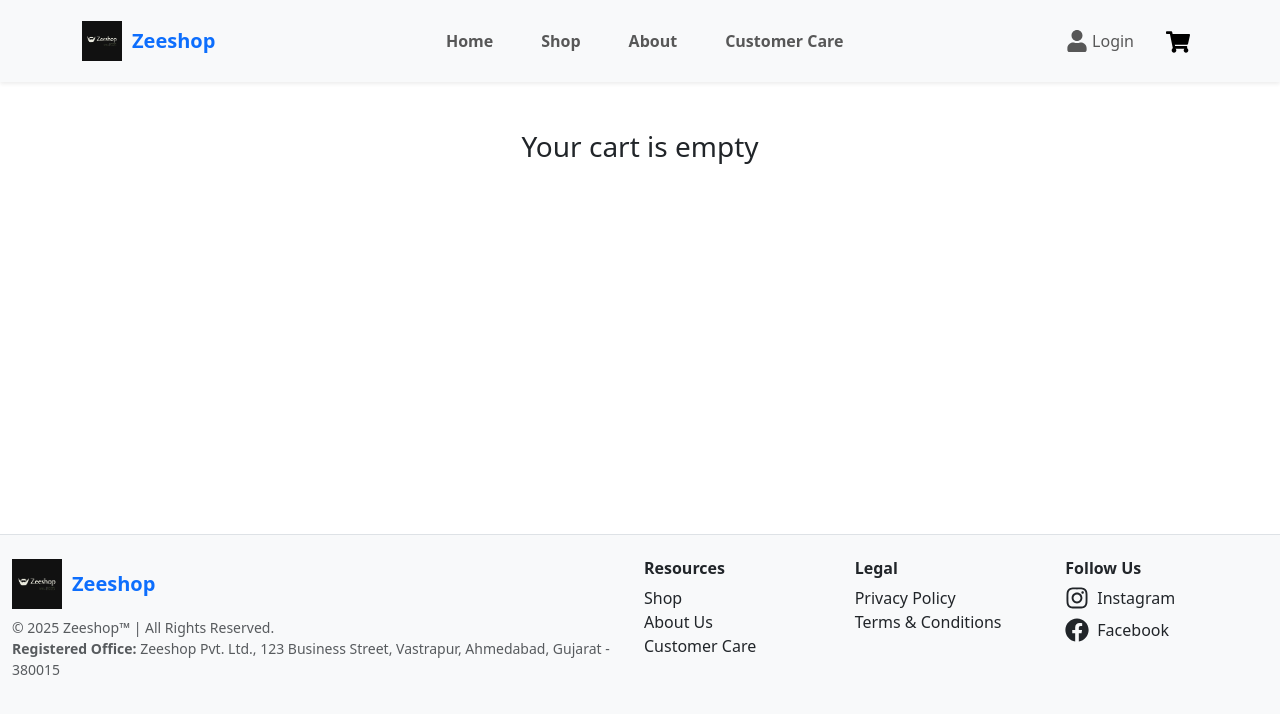
Repository: zeel2306/React-Projects
Page: /cart (app in shop/)
These files come from the project's save history. The page is drawn as it stood at one moment and after the next save; the edit follows.
The browser window is 1280 px wide. The pictures show the whole page.
The project was rebuilt for these pictures with package versions that can differ from the ones it lists, and the page was loaded fresh each time. Also part of the build but not shown: shop/src/index.css, shop/src/Components/Login.jsx, shop/src/Components/Slider.jsx, shop/src/Components/Product.jsx, shop/src/Components/About.jsx, shop/src/Components/Customercare.jsx, shop/src/Components/ProductDetail.jsx, shop/src/Components/PrivacyPolicy.jsx and 10 more.

Above is the page before, as saved 2025-08-07 12:51:00.

### shop/src/App.js
// src/App.js
import Footer from './Components/Footer';
import Login from './Components/Login';
import Navbar from './Components/Navbar';
import Slider from './Components/Slider';
import Product from './Components/Product';
import About from './Components/About';
import CustomerCare from './Components/Customercare';
import ProductDetails from './Components/ProductDetail';
import PrivacyPolicy from './Components/PrivacyPolicy';
import TermsAndConditions from './Components/TermsAndConditions';
import StatsSection from "./Components/StatsSection";
import Testimonials from "./Components/Testimonials";
import Cart from './Components/Cart';
import WelcomePopup from "./Components/WelcomePopup";
import Features from './Components/Features';
import Billing from "./Components/Billing";
import AdminDashboard from "./Components/AdminDashboard";
import AdminLogin from "./Components/AdminLogin";
import { AuthProvider } from './Components/AuthContext';
import { CartProvider } from './Components/CartContext';
import { AdminAuthProvider } from './Components/AdminAuthContext';
import { BrowserRouter as Router, Routes, Route } from "react-router-dom";
import BrandSlider from './Components/BrandSlider';

function App() {
  return (
    <AdminAuthProvider>
      <AuthProvider>
        <CartProvider>
          <Router>
            <div className="App d-flex flex-column min-vh-100">
              <Navbar />
              <main className="flex-grow-1 mb-4">
                <Routes>
                  <Route
                    path="/"
                    element={
                      <>
                        <WelcomePopup />
                        <Slider />
                        <StatsSection />
                        <Product />
                        <Features />
                        <Testimonials />
                        <BrandSlider />
                      </>
                    }
                  />
                  <Route path="/shop" element={<Product />} />
                  <Route path="/login" element={<Login />} />
                  <Route path="/cart" element={<Cart />} />
                  <Route path="/about" element={<About />} />
                  <Route path="/customer-care" element={<CustomerCare />} />
                  <Route path="/privacy" element={<PrivacyPolicy />} />
                  <Route path="/product/:id" element={<ProductDetails />} />
                  <Route path="/billing" element={<Billing />} />
                  <Route path="/terms-and-conditions" element={<TermsAndConditions />} />

                  {/* Admin Routes */}
                  <Route path="/admin-login" element={<AdminLogin />} />
                  <Route path="/admin" element={<AdminDashboard />} />
                </Routes>
              </main>
              <Footer />
            </div>
          </Router>
        </CartProvider>
      </AuthProvider>
    </AdminAuthProvider>
  );
}

export default App;

### shop/src/Components/Footer.jsx
import React from "react";
import { Container, Row, Col } from "react-bootstrap";
import { FaFacebook, FaInstagram } from "react-icons/fa";

export default function AppFooter() {
  return (
    <footer className="bg-light text-dark py-4 border-top">
      <Container fluid>
        <Row className="align-items-start gx-2">
          {/* Brand + Address (Wider Column) */}
          <Col md={6} className="mb-3">
            <div className="d-flex align-items-center mb-2">
              <img
                src="/zeeshop-logo.png"
                alt="Zeeshop Logo"
                style={{ height: "50px", width: "50px", marginRight: "10px" }}
              />
              <h5 className="fw-bold text-primary m-0">Zeeshop</h5>
            </div>
            <p className="text-muted small m-0">
              © 2025 Zeeshop™ | All Rights Reserved.
            </p>
            <p className="text-muted small m-0">
              <strong>Registered Office:</strong> Zeeshop Pvt. Ltd., 123 Business Street, Vastrapur, Ahmedabad, Gujarat - 380015
            </p>
          </Col>

          {/* Resources */}
          <Col md={2} className="mb-3">
            <h6 className="fw-bold">Resources</h6>
            <ul className="list-unstyled m-0">
              <li><a href="/" className="text-dark text-decoration-none">Shop</a></li>
              <li><a href="/about" className="text-dark text-decoration-none">About Us</a></li>
              <li><a href="/customer-care" className="text-dark text-decoration-none">Customer Care</a></li>
            </ul>
          </Col>

          {/* Legal */}
          <Col md={2} className="mb-3">
            <h6 className="fw-bold">Legal</h6>
            <ul className="list-unstyled m-0">
              <li><a href="/privacy" className="text-dark text-decoration-none">Privacy Policy</a></li>
              <li><a href="/terms-and-conditions" className="text-dark text-decoration-none">Terms & Conditions</a></li>
            </ul>
          </Col>

          {/* Follow Us */}
          <Col md={2} className="mb-3">
            <h6 className="fw-bold">Follow Us</h6>
            <ul className="list-unstyled m-0">
              <li className="mb-2">
                <a href="https://instagram.com" className="text-dark text-decoration-none d-flex align-items-center">
                  <FaInstagram className="me-2 fs-4" /> <span>Instagram</span>
                </a>
              </li>
              <li>
                <a href="https://facebook.com" className="text-dark text-decoration-none d-flex align-items-center">
                  <FaFacebook className="me-2 fs-4" /> <span>Facebook</span>
                </a>
              </li>
            </ul>
          </Col>


        </Row>
      </Container>
    </footer>
  );
}

### shop/src/Components/Navbar.jsx
import React, { useContext } from "react";
import { Navbar, Nav, Container, Badge } from "react-bootstrap";
import { FaShoppingCart, FaUser } from "react-icons/fa";
import { Link, NavLink, useNavigate } from "react-router-dom";
import { CartContext } from "./CartContext";
import { AuthContext } from "./AuthContext";

export default function AppNavbar() {
  const { cartItems } = useContext(CartContext);
  const { isLoggedIn, user, logout } = useContext(AuthContext);
  const navigate = useNavigate();

  const handleLogout = () => {
    logout();
    navigate("/");
  };

  return (
    <Navbar bg="light" expand="lg" className="shadow-sm py-3">
      <Container>
        {/* Logo (Left) */}
        <Navbar.Brand
          as={Link}
          to="/"
          className="fw-bold text-primary d-flex align-items-center"
        >
          <img
            src="/zeeshop-logo.png"
            alt="Zeeshop Logo"
            style={{ height: "40px", width: "40px", marginRight: "10px" }}
          />
          Zeeshop
        </Navbar.Brand>

        <Navbar.Toggle aria-controls="navbar-nav" />
        <Navbar.Collapse id="navbar-nav">
          <div className="d-flex justify-content-between w-100 align-items-center">
            {/* Center: Nav Links */}
            <Nav className="mx-auto">
              <Nav.Link as={NavLink} to="/" className="mx-3 fw-semibold">
                Home
              </Nav.Link>
              <Nav.Link as={NavLink} to="/shop" className="mx-3 fw-semibold">
                Shop
              </Nav.Link>
              <Nav.Link as={NavLink} to="/about" className="mx-3 fw-semibold">
                About
              </Nav.Link>
              <Nav.Link as={NavLink} to="/customer-care" className="mx-3 fw-semibold">
                Customer Care
              </Nav.Link>
            </Nav>

            {/* Right: User & Cart */}
            <Nav className="d-flex align-items-center">
              {!isLoggedIn ? (
                <Nav.Link
                  as={NavLink}
                  to="/login"
                  className="me-3 d-flex align-items-center"
                >
                  <FaUser size={22} className="me-1" /> Login
                </Nav.Link>
              ) : (
                <>
                  <Nav.Link
                    disabled
                    className="me-3 d-flex align-items-center text-success fw-semibold"
                  >
                    <FaUser size={22} className="me-1" /> Welcome, {user?.name || "User"}
                  </Nav.Link>
                  <Nav.Link
                    onClick={handleLogout}
                    className="me-3 fw-semibold text-danger"
                  >
                    Logout
                  </Nav.Link>
                </>
              )}

              <Nav.Link as={NavLink} to="/cart" className="position-relative">
                <FaShoppingCart size={24} />
                {cartItems.length > 0 && (
                  <Badge
                    bg="danger"
                    pill
                    className="position-absolute top-0 start-100 translate-middle"
                  >
                    {cartItems.length}
                  </Badge>
                )}
              </Nav.Link>
            </Nav>
          </div>
        </Navbar.Collapse>
      </Container>
    </Navbar>
  );
}

### shop/src/Components/Cart.jsx
// src/Components/Cart.jsx
import React, { useContext } from "react";
import { Container, Table, Button, ButtonGroup } from "react-bootstrap";
import { CartContext } from "./CartContext";
import { useNavigate } from "react-router-dom";

export default function Cart() {
  const { cartItems, removeFromCart, updateQuantity, clearCart } = useContext(CartContext);
  const navigate = useNavigate(); // <-- initialize navigation

  const calculateTotal = (item) => (item.price * (item.qty || 1)).toFixed(2);
  const calculateGrandTotal = () => {
    return cartItems
      .reduce((sum, item) => sum + item.price * (item.qty || 1), 0)
      .toFixed(2);
  };

  if (cartItems.length === 0) {
    return (
      <Container className="py-5">
        <h3 className="text-center">Your cart is empty</h3>
      </Container>
    );
  }

  return (
    <Container className="py-5">
      <div className="d-flex justify-content-between align-items-center mb-4">
        <h3 className="m-0">Your Cart</h3>
        <Button variant="outline-danger" size="sm" onClick={clearCart}>
          Clear Cart
        </Button>
      </div>
      <Table bordered responsive>
        <thead>
          <tr>
            <th>Product</th>
            <th>Price</th>
            <th>Qty</th>
            <th>Total</th>
            <th>Action</th>
          </tr>
        </thead>
        <tbody>
          {cartItems.map((item) => (
            <tr key={item.id}>
              <td>
                <div className="d-flex align-items-center">
                  {item.image && (
                    <img
                      src={item.image}
                      alt={item.title}
                      style={{ width: "50px", marginRight: "10px" }}
                    />
                  )}
                  {item.title}
                </div>
              </td>
              <td>${item.price}</td>
              <td>
                <ButtonGroup size="sm">
                  <Button
                    variant="outline-secondary"
                    onClick={() => updateQuantity(item.id, (item.qty || 1) - 1)}
                  >
                    -
                  </Button>
                  <Button variant="outline-secondary" disabled>
                    {item.qty || 1}
                  </Button>
                  <Button
                    variant="outline-secondary"
                    onClick={() => updateQuantity(item.id, (item.qty || 1) + 1)}
                  >
                    +
                  </Button>
                </ButtonGroup>
              </td>
              <td>${calculateTotal(item)}</td>
              <td>
                <Button variant="danger" size="sm" onClick={() => removeFromCart(item.id)}>
                  Remove
                </Button>
              </td>
            </tr>
          ))}
        </tbody>
      </Table>
      <div className="text-end">
        <h4>Grand Total: ${calculateGrandTotal()}</h4>
        <Button
          variant="primary"
          className="mt-3"
          onClick={() => navigate("/billing")} // <-- navigate to billing
        >
          Proceed to Checkout
        </Button>
      </div>
    </Container>
  );
}

### shop/src/Components/AuthContext.jsx
// src/Components/AuthContext.jsx
import React, { createContext, useState, useEffect } from "react";

export const AuthContext = createContext();

export function AuthProvider({ children }) {
  const [isLoggedIn, setIsLoggedIn] = useState(false);
  const [user, setUser] = useState(null); // <-- store user info

  useEffect(() => {
    const storedLogin = localStorage.getItem("isLoggedIn");
    const storedUser = localStorage.getItem("user");
    if (storedLogin === "true") {
      setIsLoggedIn(true);
      if (storedUser) setUser(JSON.parse(storedUser));
    }
  }, []);

  useEffect(() => {
    localStorage.setItem("isLoggedIn", isLoggedIn);
    if (user) {
      localStorage.setItem("user", JSON.stringify(user));
    } else {
      localStorage.removeItem("user");
    }
  }, [isLoggedIn, user]);

  const login = (userData) => {
    setIsLoggedIn(true);
    setUser(userData);
  };

  const logout = () => {
    setIsLoggedIn(false);
    setUser(null);
    localStorage.removeItem("isLoggedIn");
    localStorage.removeItem("user");
  };

  return (
    <AuthContext.Provider value={{ isLoggedIn, user, setIsLoggedIn, login, logout }}>
      {children}
    </AuthContext.Provider>
  );
}

### shop/src/Components/CartContext.jsx
// src/Components/CartContext.jsx
import React, { createContext, useState, useEffect } from "react";

export const CartContext = createContext();

export const CartProvider = ({ children }) => {
  const [cartItems, setCartItems] = useState(() => {
    const savedCart = localStorage.getItem("cart");
    return savedCart ? JSON.parse(savedCart) : [];
  });

  useEffect(() => {
    localStorage.setItem("cart", JSON.stringify(cartItems));
  }, [cartItems]);

  const addToCart = (item) => {
    setCartItems((prev) => {
      const existing = prev.find((p) => p.id === item.id);
      if (existing) {
        return prev.map((p) =>
          p.id === item.id ? { ...p, quantity: p.quantity + 1 } : p
        );
      }
      return [...prev, { ...item, quantity: 1 }];
    });
  };

  const removeFromCart = (id) => {
    setCartItems((prev) => prev.filter((item) => item.id !== id));
  };

  const clearCart = () => {
    setCartItems([]); // Clear cart
    localStorage.removeItem("cart");
  };

  return (
    <CartContext.Provider value={{ cartItems, addToCart, removeFromCart, clearCart }}>
      {children}
    </CartContext.Provider>
  );
};

### shop/src/Components/AdminAuthContext.jsx
// src/Components/AdminAuthContext.jsx
import React, { createContext, useState, useEffect } from "react";

export const AdminAuthContext = createContext();

export function AdminAuthProvider({ children }) {
  const [isAdminLoggedIn, setIsAdminLoggedIn] = useState(false);

  useEffect(() => {
    const stored = localStorage.getItem("isAdminLoggedIn");
    if (stored === "true") setIsAdminLoggedIn(true);
  }, []);

  const adminLogin = (username, password) => {
    // Simple hardcoded login (can replace with API later)
    if (username === "admin" && password === "admin123") {
      setIsAdminLoggedIn(true);
      localStorage.setItem("isAdminLoggedIn", "true");
      return true;
    }
    return false;
  };

  const adminLogout = () => {
    setIsAdminLoggedIn(false);
    localStorage.removeItem("isAdminLoggedIn");
  };

  return (
    <AdminAuthContext.Provider value={{ isAdminLoggedIn, adminLogin, adminLogout }}>
      {children}
    </AdminAuthContext.Provider>
  );
}

### shop/src/Components/ThemeToggle.jsx
import React, { useEffect, useState } from "react";

export default function ThemeToggle() {
  const [isDark, setIsDark] = useState(() => {
    return localStorage.getItem("theme") === "dark";
  });

  useEffect(() => {
    const body = document.body;

    if (isDark) {
      body.classList.add("bg-dark", "text-light");
      body.classList.remove("bg-light", "text-dark");
      localStorage.setItem("theme", "dark");
    } else {
      body.classList.add("bg-light", "text-dark");
      body.classList.remove("bg-dark", "text-light");
      localStorage.setItem("theme", "light");
    }
  }, [isDark]);

  return (
    <button
      className="btn btn-outline-secondary m-2"
      onClick={() => setIsDark(!isDark)}
    >
      {isDark ? "🌞 Light Mode" : "🌙 Dark Mode"}
    </button>
  );
}

Loaded but not shown: shop/public/index.html (common file); shop/src/index.js (common file); shop/src/reportWebVitals.js (common file)

After the next save:
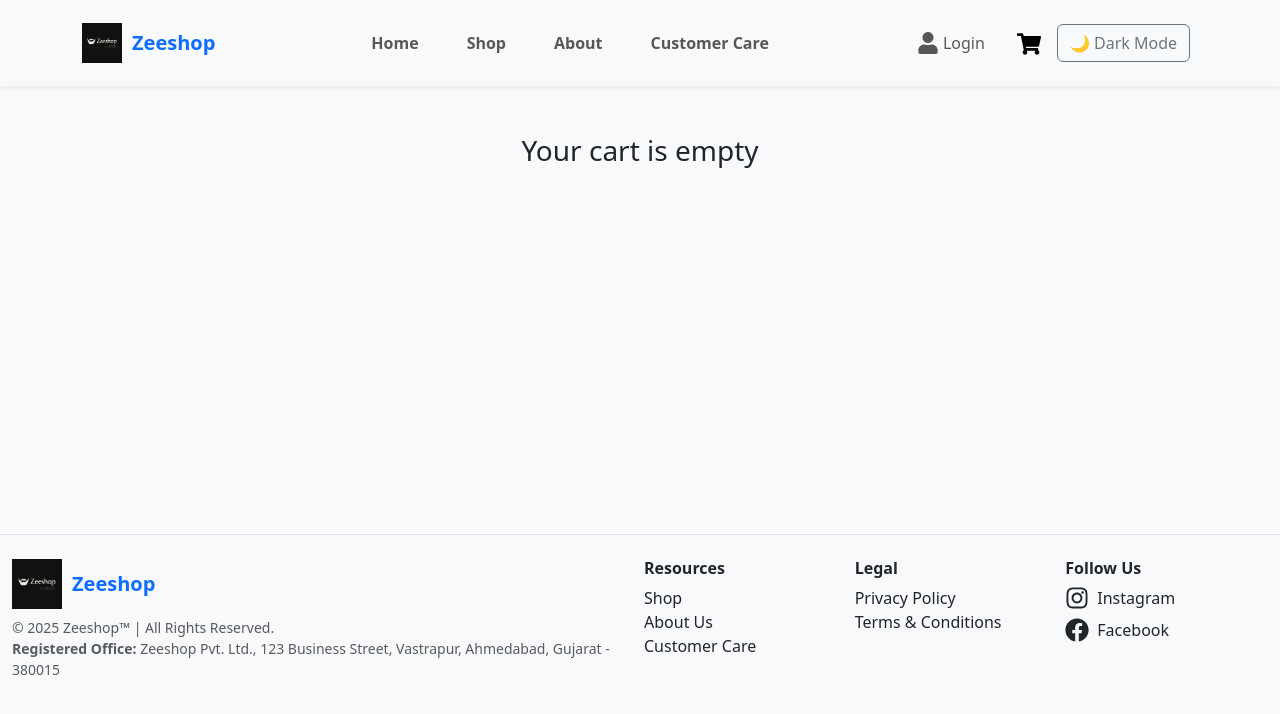
Saved 4 min 7 s later.
--- a/shop/src/Components/Navbar.jsx
+++ b/shop/src/Components/Navbar.jsx
@@ -4,6 +4,7 @@ import { FaShoppingCart, FaUser } from "react-icons/fa";
 import { Link, NavLink, useNavigate } from "react-router-dom";
 import { CartContext } from "./CartContext";
 import { AuthContext } from "./AuthContext";
+import ThemeToggle from "./ThemeToggle"; // ✅ New import
 
 export default function AppNavbar() {
   const { cartItems } = useContext(CartContext);
@@ -46,7 +47,11 @@ export default function AppNavbar() {
               <Nav.Link as={NavLink} to="/about" className="mx-3 fw-semibold">
                 About
               </Nav.Link>
-              <Nav.Link as={NavLink} to="/customer-care" className="mx-3 fw-semibold">
+              <Nav.Link
+                as={NavLink}
+                to="/customer-care"
+                className="mx-3 fw-semibold"
+              >
                 Customer Care
               </Nav.Link>
             </Nav>
@@ -67,7 +72,8 @@ export default function AppNavbar() {
                     disabled
                     className="me-3 d-flex align-items-center text-success fw-semibold"
                   >
-                    <FaUser size={22} className="me-1" /> Welcome, {user?.name || "User"}
+                    <FaUser size={22} className="me-1" /> Welcome,{" "}
+                    {user?.name || "User"}
                   </Nav.Link>
                   <Nav.Link
                     onClick={handleLogout}
@@ -90,6 +96,9 @@ export default function AppNavbar() {
                   </Badge>
                 )}
               </Nav.Link>
+
+              {/* ✅ Theme Toggle Button */}
+              <ThemeToggle />
             </Nav>
           </div>
         </Navbar.Collapse>
